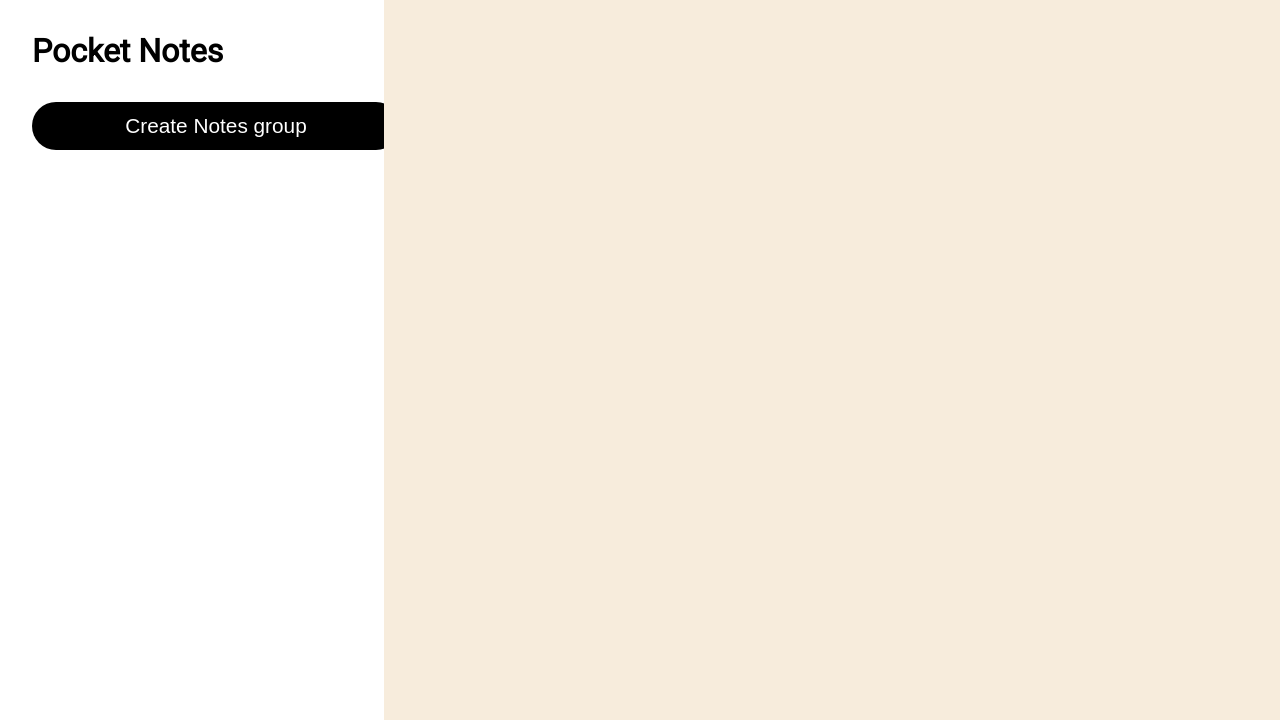
Repository: drumsmanku/react-module-test
Page: /
The author's editor kept a copy of each file at every save. The page is drawn from the files as they stood at one save, then again after the next save.
The browser window is 1280 px wide. The pictures show the whole page.
The project was rebuilt for these pictures with package versions that can differ from the ones it lists, and the page was loaded fresh each time. Also part of the build but not shown: src/Components/NotesComponent.js.

Above is the page before, as saved 2023-06-10 23:40:57.

### src/App.js
import './App.css';
import MainPage from './Components/MainPage';

function App() {
  return (
    <div className="App">
      <MainPage/>
    </div>
  );
}

export default App;

### src/Components/MainPage.js
import React, { useState, useEffect } from "react";
import "./MainPage.css";
import PopUp from "./PopUp";
import NotesComponent from "./NotesComponent";
import img1 from '../Assets/img1.png'

function MainPage() {

  const colors=['#81acbc', '#567da2','#9c7ac8','#91b1c5','#ea9fd8','#35f030','#8c5064','#186e33','#c25650','#cc7ec7','#2521ef','#e9d499','#25f073','#dcf4b6','#17cb98','#cb6856','#49616e','#7fef88','#a362f6','#08e400','#9726a2','#5c0a51' ];

  const [selectedGroup, setSelectedGroup] = useState(null);

  const addComponent = (groupIndex) => {
    setSelectedGroup(groupIndex);
  };
  const [myGroups, setMyGroups] = useState(() => {
    const storedValue = localStorage.getItem("group");
    return storedValue ? JSON.parse(storedValue) : [];
  });

  useEffect(() => {
    localStorage.setItem("group", JSON.stringify(myGroups));
  }, [myGroups]);

  return (
    <div className="main-container">
      <div className="first-compartment">
        <h1>Pocket Notes</h1>
        <div className="group-buttons">
          <PopUp myGroups={myGroups} setMyGroups={setMyGroups} />
          {myGroups.map((group, idx) => (
            <button
              className="cat-buttons"
              key={idx}
              onClick={() => addComponent(idx)}
            >
              <div
                className="icon"
                style={{ backgroundColor: colors[idx] }}
              ></div>{" "}
              {group}
            </button>
          ))}
        </div>
      </div>
      <div className="second-compartment">

        {selectedGroup !== null && (
          <NotesComponent
            groupIndex={selectedGroup}
            groupName={myGroups[selectedGroup]}
          />
        )}
      </div>
    </div>
  );
}

export default MainPage;

### src/Components/MainPage.css
@import url('https://fonts.googleapis.com/css2?family=Roboto&display=swap');
body{
  font-family: 'Roboto';
}

.main-container{
  height: 100vh;
  width: 100vw;
  display: flex;
}

.first-compartment{
  width: 30%;
  height: 100vh;
}

.first-compartment h1{
  margin: 0;
  text-align: left;
  padding: 2rem;
}
.group-buttons{
  height: 85%;
  max-height: 85%;
  width: 80%;
  display: flex;
  flex-direction: column;
  align-items: flex-start;
  margin-left: 2rem;
}

.cat-buttons{
  width: 27rem;
  height: 5rem;
  background-color: white;
  color: black;
  margin: 1rem 1rem 1rem 0;
  font-size: 1.3rem;
  font-weight: medium;
  display: flex;
  align-items: center;
  border-top-left-radius: 1.5rem;
  border-bottom-left-radius: 1.5rem;
  background: none;
  border: none;
  transition: 0.1s ease-in;

}
.cat-buttons:hover{
  background-color: #F7ECDC;
}
.icon{
  height: 3.5rem;
  width: 3.5rem;
  border-radius: 50%;
  margin-right: 2rem;

}
.second-compartment{
  background-color: #F7ECDC;
  width: 70%;
  height: 100vh;
}

### src/Components/PopUp.js
import React, { useState } from "react";
import "./PopUp.css";
import Popup from "reactjs-popup";
import "reactjs-popup/dist/index.css";

function PopUp({ myGroups, setMyGroups }) {
  const [input, setInput] = useState("");

  const handleInputChange = (event) => {
    setInput(event.target.value);
  };

  const handleButtonClick = () => {
    setMyGroups([...myGroups, input]);
    setInput("");
  };

  return (
    <div>
      <Popup
        trigger={<button className="btn-1">Create Notes group</button>}
        modal
        nested
      >
        {(close) => (
          <div className="modal">
            <div className="content">Welcome to GFG!!!</div>
            <div>
              <button onClick={() => close()}>Close modal</button>
              <input type="text" onChange={handleInputChange} value={input} />
              <button onClick={handleButtonClick}>add</button>
            </div>
          </div>
        )}
      </Popup>
    </div>
  );
}

export default PopUp;

### src/Components/PopUp.css
@import url('https://fonts.googleapis.com/css2?family=Roboto&display=swap');

body{
  font-family: 'Roboto';
}

.btn-1{
  width: 23rem;
  height: 3rem;
  background-color: black;
  border: none;
  border-radius: 3rem;
  color: white;
  font-weight: 2rem;
  font-size: 1.3rem;
}

Loaded but not shown: public/index.html (common file); src/index.js (common file); src/index.css (common file); src/App.css (common file)

After the next save:
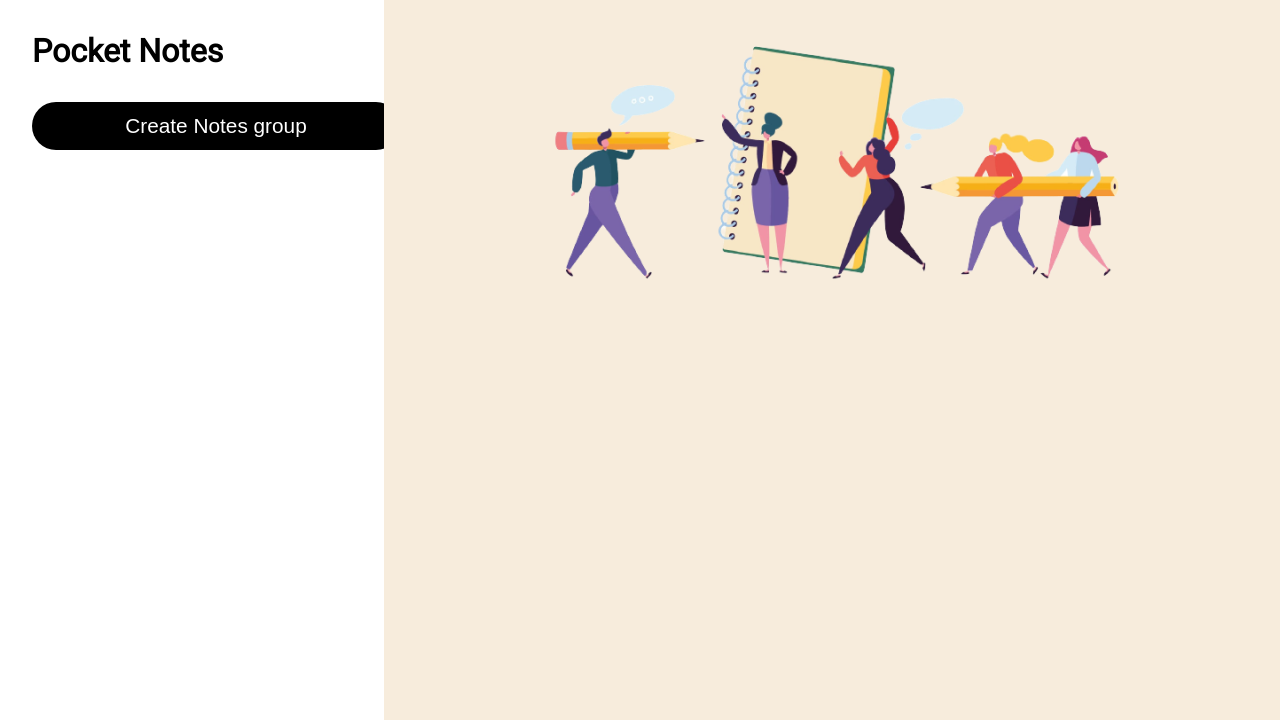
Saved 12 s later.
--- a/src/Components/MainPage.js
+++ b/src/Components/MainPage.js
@@ -44,7 +44,7 @@
         </div>
       </div>
       <div className="second-compartment">
-
+        <img src={img1} alt="" />
         {selectedGroup !== null && (
           <NotesComponent
             groupIndex={selectedGroup}

After the save that followed:
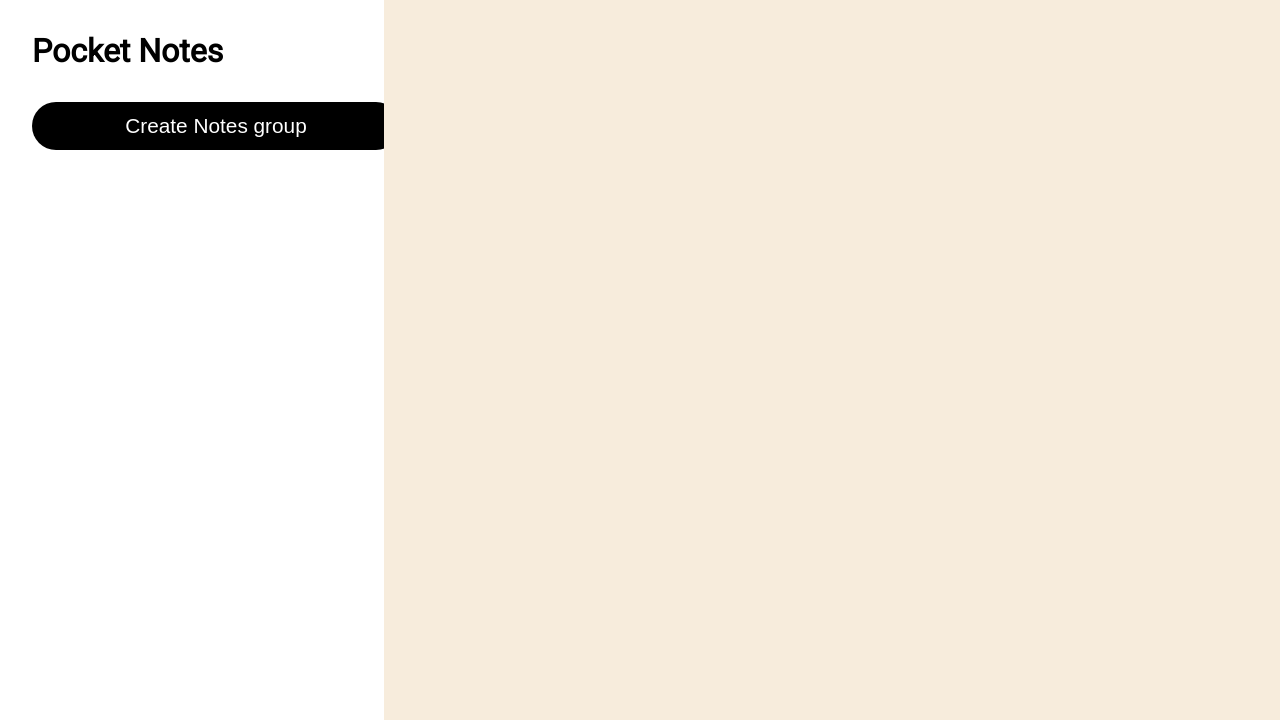
Saved 28 s later.
--- a/src/Components/MainPage.js
+++ b/src/Components/MainPage.js
@@ -44,7 +44,7 @@
         </div>
       </div>
       <div className="second-compartment">
-        <img src={img1} alt="" />
+
         {selectedGroup !== null && (
           <NotesComponent
             groupIndex={selectedGroup}
